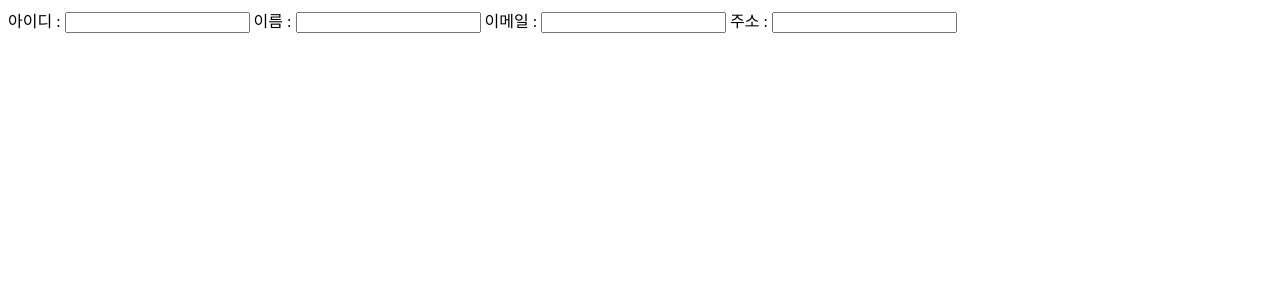
Repository: lch901/webStudy
Page: http://localhost/a20_8_24/memberForm.jsp
An editor plug-in stored every save of this project. The page is shown before and after the next save, followed by the edit.
The browser window is 1280 px wide. The pictures show the whole page.
The page is served by Tomcat 9. Other server files are loaded and not shown.

Above is the page before, as saved 2020-08-24 01:39:53.

### a20_8_24/WebContent/memberForm.jsp
<%@ page language="java" contentType="text/html; charset=UTF-8"
    pageEncoding="UTF-8"%>
<!DOCTYPE html PUBLIC "-//W3C//DTD HTML 4.01 Transitional//EN" "http://www.w3.org/TR/html4/loose.dtd">
<html>
<head>
<meta http-equiv="Content-Type" content="text/html; charset=UTF-8">
<title>Insert title here</title>
</head>
<body>
	<form action="join.jsp" method="get">
		아이디 : <input type="text" name="id">
		이름 : <input type="text" name="name">
		이메일 : <input type="email" name="email">
		주소 : <input type="text" name="address">
	</form>
</body>
</html>

After the next save:
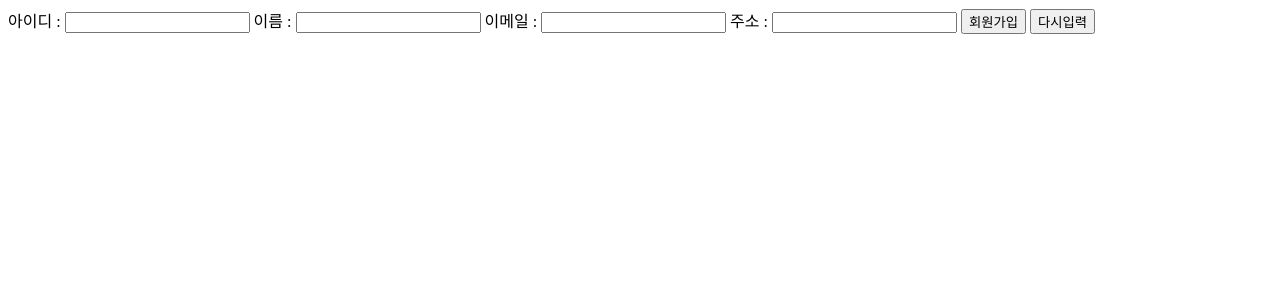
Saved 32 s later.
--- a/a20_8_24/WebContent/memberForm.jsp
+++ b/a20_8_24/WebContent/memberForm.jsp
@@ -12,6 +12,8 @@
 		이름 : <input type="text" name="name">
 		이메일 : <input type="email" name="email">
 		주소 : <input type="text" name="address">
+		<input type="submit" value="회원가입">
+		<input type="reset" value="다시입력">
 	</form>
 </body>
 </html>
